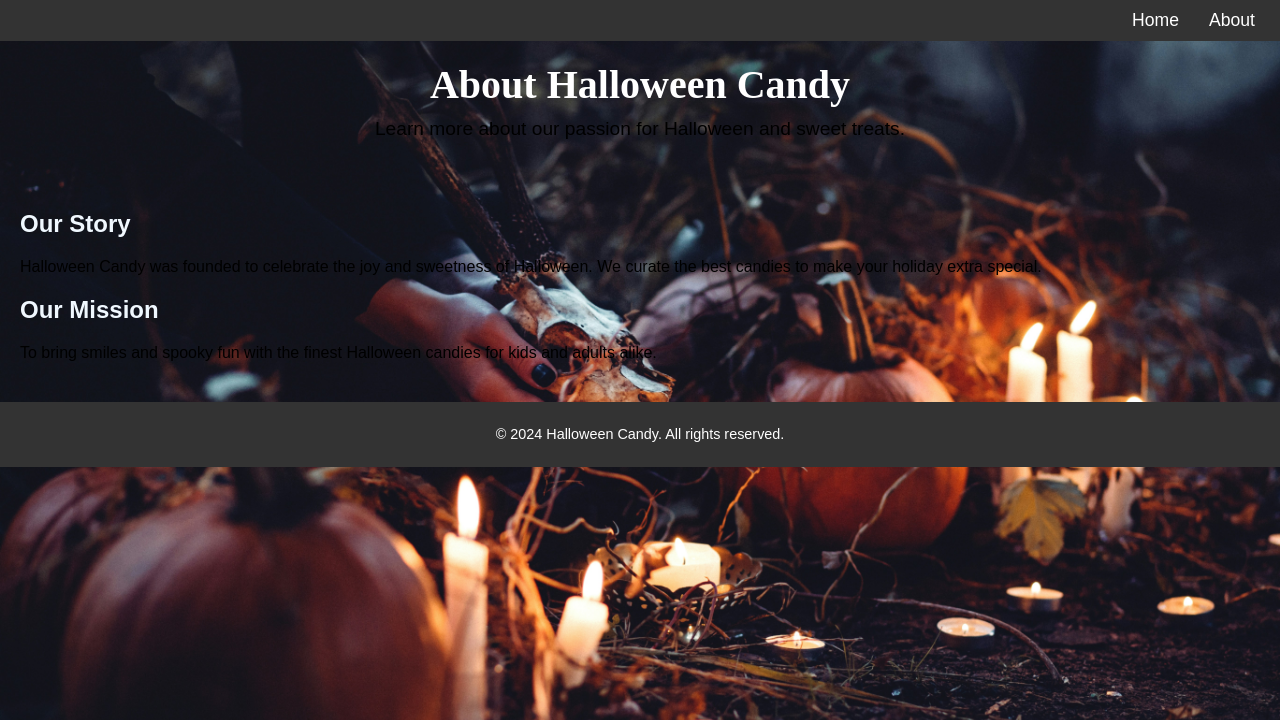
Repository: monicaifijeh/test2
Page: kyportfolio/src/aboutHallo.html
These files come from the project's save history. The page is drawn as it stood at one moment and after a run of saves; the edit follows.
The browser window is 1280 px wide. The pictures show the whole page.

Above is the page before, as saved 2024-12-20 17:28:13.

After the next 2 saves:
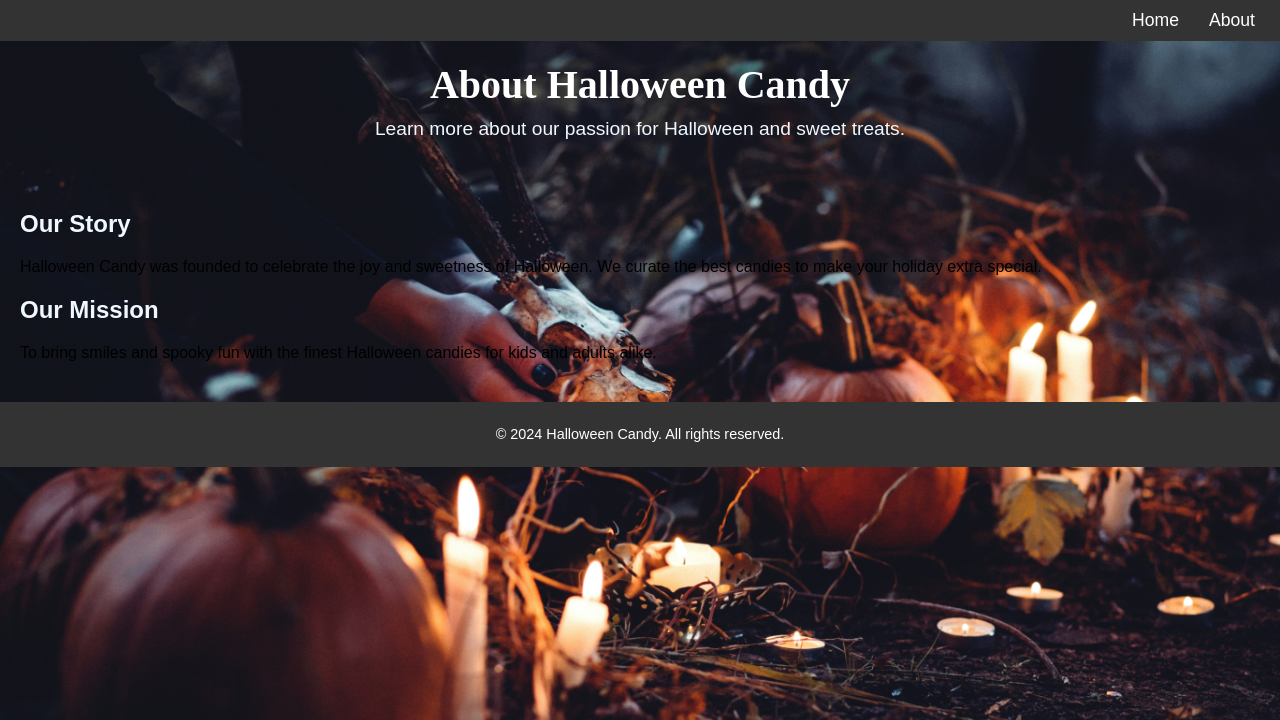
The 2 saves are shown as one change because they came seconds apart.
The last was saved 44 s later.
--- a/kyportfolio/src/kystyle.css
+++ b/kyportfolio/src/kystyle.css
@@ -24,6 +24,7 @@ h2{
 }
 
 header p {
+    color: aliceblue;
     margin: 10px 0;
     font-size: 1.2rem;
 }
